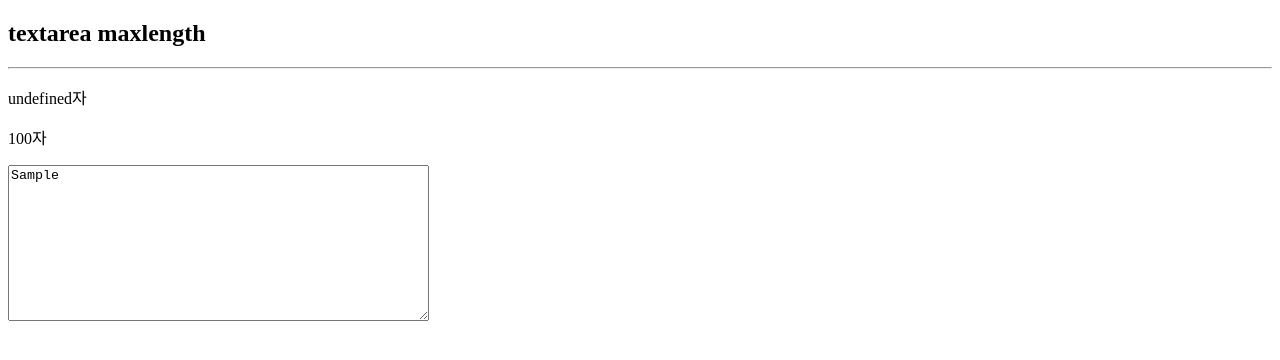
Repository: kimjoohye/study_WEB
Page: http://localhost/studyhtml5/board/textareaMaxLength.jsp
An editor plug-in stored every save of this project. The page is shown before and after the next save, followed by the edit.
The browser window is 1280 px wide. The pictures show the whole page.
Empty fields were first filled with sample values (such as "Sample", 5 or name@example.com).
After loading, the first visible `#textBox` was changed once.
The page is served by Tomcat 9. Nobody is signed in. The application's start-up code is not run. Other server files are loaded and not shown.

Above is the page before, as saved 2022-05-19 02:37:40.

### workspace/studyhtml5/WebContent/board/textareaMaxLength.jsp
<%@page import="com.pcwk.board.BoardVO"%>
<%@ page language="java" contentType="text/html; charset=UTF-8"
    pageEncoding="UTF-8"%>
<%@ include file="/com/common.jsp" %>
<!DOCTYPE html>
<html>
<head>
<meta name="viewport" content="width=device-width,initial-scale=1.0">
<meta charset="UTF-8">
<link rel="shortcut icon" type="image/x-icon" href="<%=contPath %>/favicon.ico">
<!--reset 스타일 시트 -->
<!-- link rel="stylesheet" type="text/css" href="<%=contPath %>/asset/css/reset.css" -->
<link rel="stylesheet"  type="text/css" href="<%=contPath %>/asset/css/jquery-ui.css">
<!--스타일 시트 -->
<style type="text/css">
</style>
<title>Insert title here</title>
<!-- jquery -->
<script type="text/javascript" src="<%=contPath %>/asset/js/jquery-1.12.4.js"></script>
<!-- jQuery UI -->
<script type="text/javascript" src="<%=contPath %>/asset/js/jquery-ui.js"></script>
<script type="text/javascript" src="<%=contPath %>/asset/js/common.js"></script>
</head>
<body>
  <h2>textarea maxlength</h2>
  <hr/>
  <div>
    <div>
      <p class="textCount">0자</p>
      <p class="textTotal">100자</p>
    </div>
  </div>
  <textarea rows="10" cols="50" maxlength="100" id="textBox" placeholder="글자를 입력하세요"></textarea>

  <script type="text/javascript">
    // keyboard event keyup
    $('#textBox').on('keyup', function(){
    	console.log('#textBox keyup');
    	let content = $(this).val();

    	//console.log('content : ' + content);
    	//글자수 세기
    	if(isEmpty(content) || content.length == 0) {
    		$('.textCount').text('영자');
    	}else {
    		$('.textCount').text(content.lentgh+'자');
    	}
    });
  </script>
</body>
</html>

### workspace/studyhtml5/WebContent/com/common.jsp
<%@page import="org.apache.log4j.Logger"%>
<%@ page language="java" contentType="text/html; charset=UTF-8"
    pageEncoding="UTF-8"%>

<%--
  -헤더 입력 : cache control

    웹 캐시(영어: web cache) 또는 HTTP 캐시(HTTP cache)는 서버 지연을 줄이기 위해 웹 페이지,
    이미지, 기타 유형의 웹 멀티미디어 등의 웹 문서들을 임시 저장하기 위한 정보기술이다.
    모든 jsp에 포함 가능 :  <jsp:include='' />
    <%@ include file='' %>
--%>

<%
   // Context Path
   String contPath = request.getContextPath();
   Logger LOG = Logger.getLogger(this.getClass());

   // Http 1.1에서 지원하는 헤더 : 웹브라우저가 응답결과를 캐시하지 않음
   response.setHeader("Cache-Control", "no-cache");

   // 웹 브라우저가 응답결과를 캐시하지 않음(앞/뒤로 가기 no-cache)
   response.setHeader("Cache-Control", "no-store");

   // Http 1.0에서 지원하는 헤더 : 웹브라우저가 응답결과를 캐시하지 않음
   response.setHeader("Pragma","no-cache");

   // Http 1.0에서 현재시간 이전으로 캐시하지 않음
   response.setHeader("Expires","1L");
   //out.println("웹브라우저가 응답결과를 캐시하지 않음");
%>

### workspace/studyhtml5/WebContent/asset/js/common.js
'use strict';

let isEmpty = function(value) {
  if(null == value || value == "" || "null" == value || value == undefined) {
    return true;
  }else {
    return false;
  }
}

Loaded but not shown: workspace/studyhtml5/WebContent/asset/css/jquery-ui.css (library); workspace/studyhtml5/WebContent/asset/js/jquery-1.12.4.js (library); workspace/studyhtml5/WebContent/asset/js/jquery-ui.js (library)

After the next save:
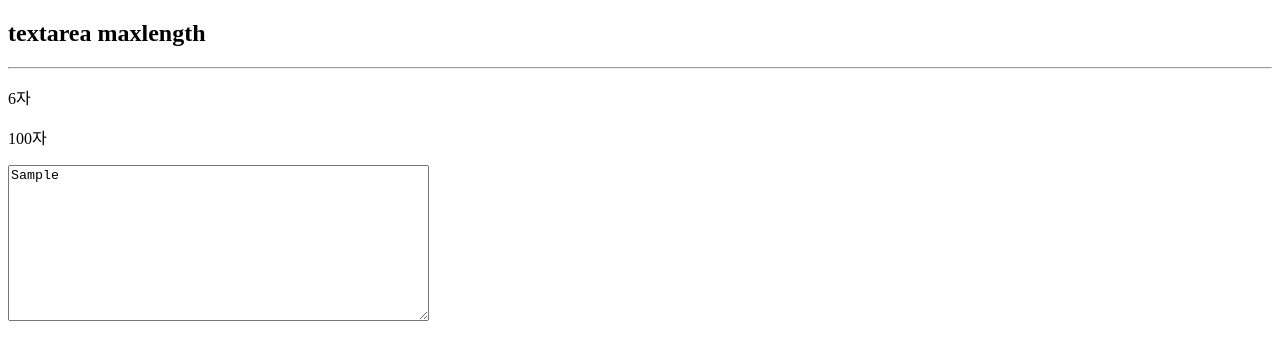
Saved 30 s later.
--- a/workspace/studyhtml5/WebContent/board/textareaMaxLength.jsp
+++ b/workspace/studyhtml5/WebContent/board/textareaMaxLength.jsp
@@ -43,7 +43,7 @@
     	if(isEmpty(content) || content.length == 0) {
     		$('.textCount').text('영자');
     	}else {
-    		$('.textCount').text(content.lentgh+'자');
+    		$('.textCount').text(content.length+'자');
     	}
     });
   </script>
